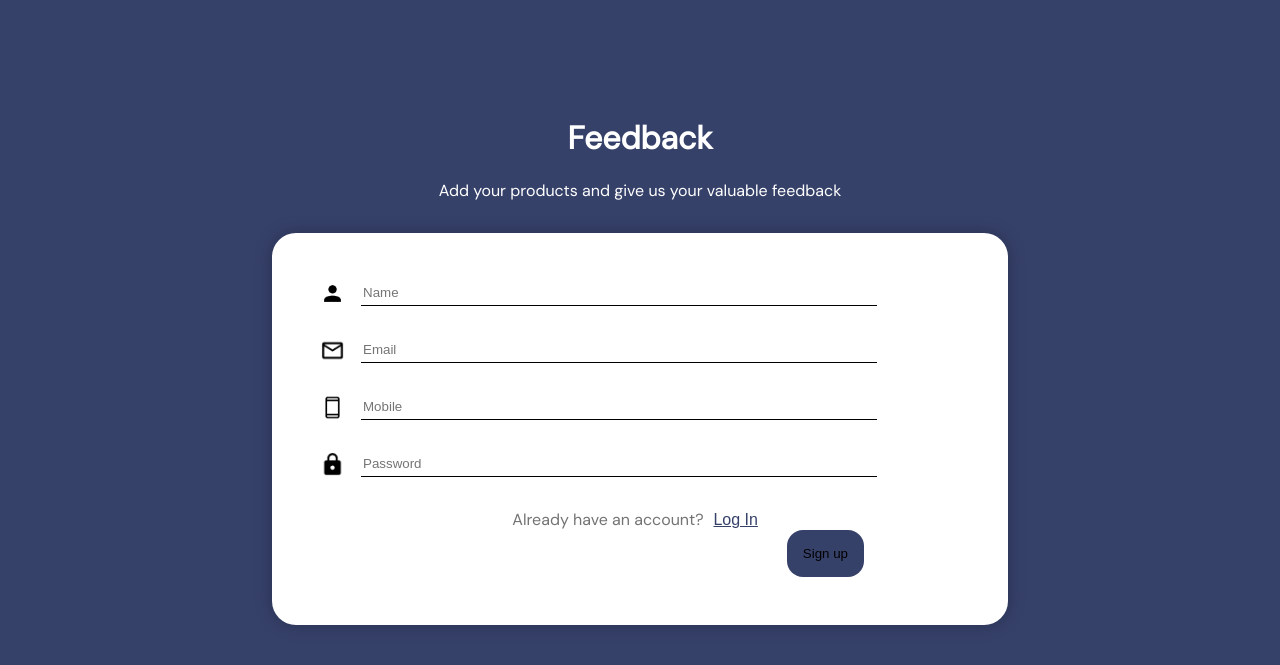
Repository: drumsmanku/final-evaluation-test
Page: /signup (app in client/)
The author's editor kept a copy of each file at every save. The page is drawn from the files as they stood at one save, then again after the next save.
The browser window is 1280 px wide. The pictures show the whole page.
The project was rebuilt for these pictures with package versions that can differ from the ones it lists, and the page was loaded fresh each time. Also part of the build but not shown: client/src/Components/MainPage.js, client/src/CSS/Login.css, client/src/Components/Login.js.

Above is the page before, as saved 2023-07-29 18:47:16.

### client/src/App.js
import './App.css';
import { BrowserRouter as Router, Route, Routes} from 'react-router-dom';
import MainPage from './Components/MainPage';
import SignUp from './Components/SignUp';
import Login from './Components/Login';
function App() {
  return (
    <div className="App">
      <Router>
        <Routes>
          <Route path='/' element={<MainPage/>}/>
          <Route path='/signup' element={<SignUp/>}/>
        </Routes>
      </Router>
    </div>
  );
}

export default App;

### client/src/Components/SignUp.js
import React, {useState, useEffect} from 'react';
import '../CSS/SignUp.css'
import { useNavigate } from 'react-router-dom';
import axios from 'axios';
import name from '../Assets/name.png'
import mobile from '../Assets/mobile.png'
import email from '../Assets/email.png'
import password from '../Assets/password.png'

function SignUp() {
  const navigate=useNavigate();
  const [user, setUser] = useState({
    name: '',
    email: '',
    mobile: '',
    password: ''
  });
  const handleChange = e => {
    setUser({
      ...user,
      [e.target.name]: e.target.value
    });
  };
  const signup = (event) => {
    event.preventDefault();
    axios.post('http://localhost:4000/signup', user)
      .then(res => {
        localStorage.setItem('token', res.data.jwtToken);
        localStorage.setItem('user', res.data.name);
        const tokenData=localStorage.getItem('token')
        if(tokenData!=='undefined') {
          navigate('/')
        }
        else{

        }

      })
      .catch(err => console.log(err));
  };
  return (
    <div className='signup-container'>
      <div className="headings">
        <h1>Feedback</h1>
        <span>Add your products and give us your valuable feedback</span>
      </div>
      <form>
        <div style={{display:'flex', width:'100%', marginBottom:'2rem'}}>
          <img src={name} height={25} alt="" />
          <input type="text" name="name" value={user.name} onChange={handleChange} placeholder="Name"/>
        </div>

        <div style={{display:'flex', width:'100%', marginBottom:'2rem'}}>
          <img src={email} height={25} alt="" />
          <input type="email" name="email" value={user.email} onChange={handleChange} placeholder="Email"/>
        </div>

        <div style={{display:'flex', width:'100%', marginBottom:'2rem'}}>
          <img src={mobile} height={25} alt="" />
          <input type="text" name="mobile" value={user.mobile} onChange={handleChange} placeholder="Mobile" />
        </div>

        <div style={{display:'flex', width:'100%', marginBottom:'2rem'}}>
          <img src={password} height={25} alt="" />
          <input type="password" name="password" value={user.password} onChange={handleChange} placeholder="Password" />
        </div>

        <span style={{color:'#737373'}}>Already have an account?<button style={{background:'none', color:'#36416A', fontSize:'medium', marginLeft:0, padding:0, width:'4rem', cursor:'pointer', border:'none', textDecoration:'underline'}} onClick={()=>{navigate('/login')}}>Log In</button></span>

        <div style={{width:'85%', textAlign:'end'}}>
          <button className='signup-button' type="submit" style={{ cursor:'pointer'}} onClick={signup}>Sign up</button>
        </div>

      </form>
    </div>
  )
}

export default SignUp

### client/src/CSS/MainPage.css
@import url('https://fonts.googleapis.com/css2?family=DM+Sans&display=swap');

body{
  font-family: 'DM Sans';
}
.main-container{
  height: 100vh;
  width: 100vw;
  display: flex;
  flex-direction: column;

}
.main-top-container{
  width: 100%;
}
.btn-main-page-login{
  height: 2rem;
  width: 6rem;
  font-weight: 500;
  font-size: medium ;
  background: none;
  border: none;
  border-radius: 0.3rem;
  margin-left: 1rem;
  margin-bottom:0;
  color: white;
  font-family: 'DM Sans';
  cursor: pointer;
}
.btn-main-page-register{
  height: 2rem;
  width: 6rem;
  font-size: medium;
  font-weight: 500;
  background-color: #36416A;
  border: 2px solid white;
  border-radius: 0.3rem;
  margin-left: 1rem;
  margin-bottom:0;
  color: white;
  font-family: 'DM Sans';
  cursor: pointer;
}
.navbar{
  width: 100%;
  background-color: #36416A;
}
.title-desc{
  width: 100%;
  display: flex;
  align-items: center;
  justify-content: space-around;

}
.bottom-left{
  width: 20%;
  display: flex;
  flex-direction: column;
  align-items: center;
  margin-left: 2rem;

}
.bottom-right{
  width: 75%;
}
.main-bottom-container{
  width:100%;
  display: flex;
}
.bottom-top-right{
  width: 98%;
  display: flex;
  justify-content: space-between;
  border: 3px solid #36416A59;
  padding: 0.7rem;
  border-radius: 0.5rem;

}
.add-product-button{
  height: 2rem;
  font-size: medium;
  font-weight: 500;
  background-color: #36416A;
  border:none;
  border-radius: 0.3rem;
  margin-left: 1rem;
  margin-bottom:0;
  color: white;
  font-family: 'DM Sans';
  cursor: pointer;
  padding-left: 1em;
  padding-right: 1em;
}
.product-cards{
  width: 100%;
  display: flex;
  padding-top: 2rem;
  flex-direction: column;
}
.card-main-info{
  width: 100%;
  display: flex;
  flex-direction: column;
}
.comments-button{
  color: #ABABAB;
  border: none;
  outline: none;
  background: none;
  font-size: small;
  letter-spacing: 0.1rem;
  display:flex;
  align-items: center;
  cursor: pointer;
}
.upvotes{
  width: 10%;
  background-color: brown;
  display: flex;
  flex-direction: column;
  align-items: center;
}

### client/src/CSS/SignUp.css

.signup-container{
  width: 100vw;
  height: 100vh;
  display: flex;
  flex-direction: column;
  justify-content: center;
  align-items: center;
  background-color: #36416A;
}
.headings{
  color: white;
  margin-bottom: 2rem;
}
.signup-container form{
  width: 50%;
  display: flex;
  flex-direction: column;
  background-color: white;
  padding: 3rem;
  box-shadow: 0 0 17px #00000040;
  border-radius: 1.5rem;
}
.signup-container input[type='text'], [type='password'], [type='email']{
  border-bottom: 1px solid black;
  width: 80%;
  margin-left: 1rem;
  border-top: none;
  border-left: none;
  border-right: none;
}
.signup-button{
  padding: 1rem;
  border-radius: 1rem;
  border: none;
  background-color: #36416A;
}

Loaded but not shown: client/public/index.html (common file); client/src/index.js (common file); client/src/index.css (common file); client/src/App.css (common file); client/src/CSS/Login.css (no copy from this time; the picture is the same without it)

After the next save:
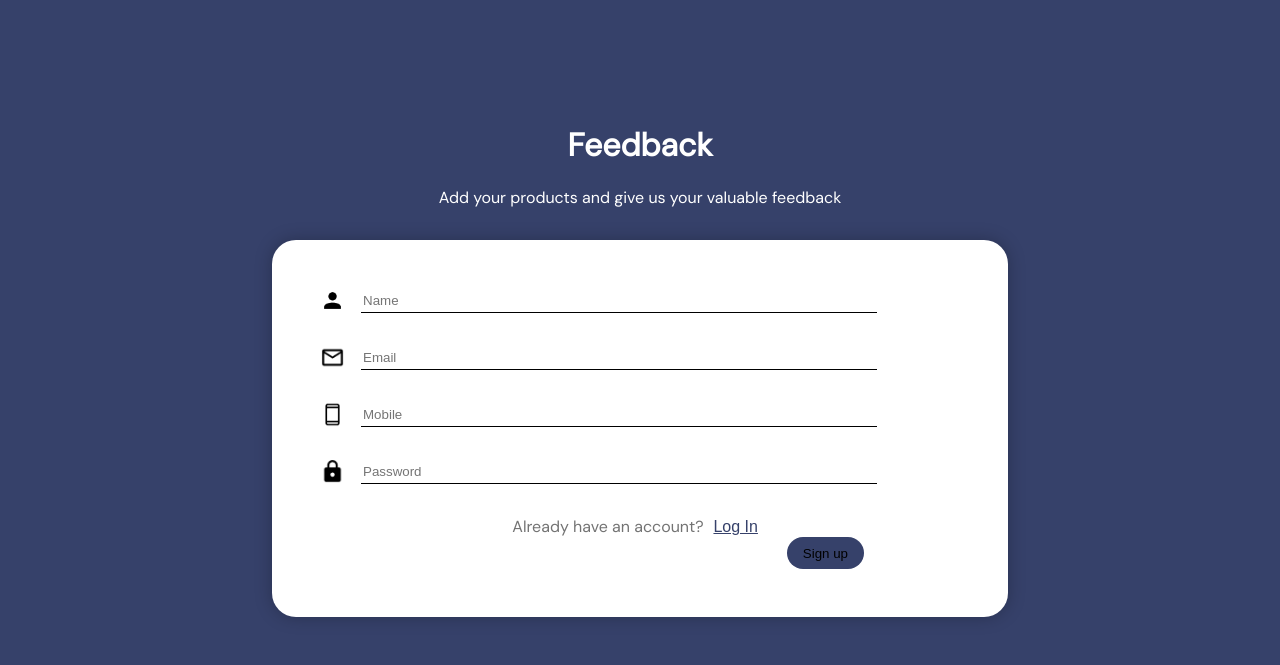
Saved 27 s later.
--- a/client/src/CSS/SignUp.css
+++ b/client/src/CSS/SignUp.css
@@ -30,7 +30,9 @@
   border-right: none;
 }
 .signup-button{
-  padding: 1rem;
+  padding-left: 1rem;
+  padding-right: 1rem;
+  height: 2rem;
   border-radius: 1rem;
   border: none;
   background-color: #36416A;
